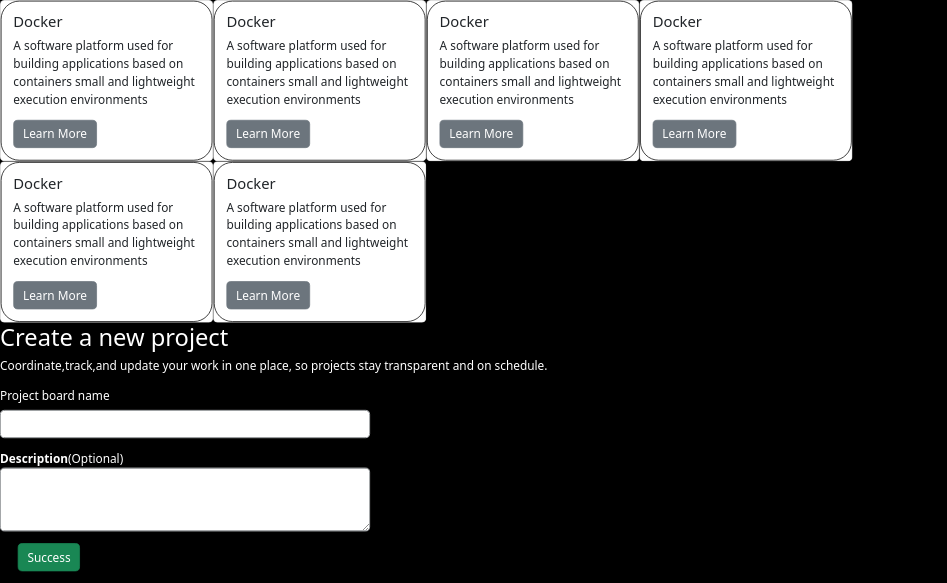
Repository: NSS-Evening-25-Cohort/e25-gitsub-control-alt-defeat
Page: index.html
An editor plug-in stored every save of this project. The page is shown before and after the next save, followed by the edit.
The browser window is 1280 px wide. The pictures show the whole page, at 74% of full size.

Above is the page before, as saved 2023-11-07 19:12:07.

After the next save:
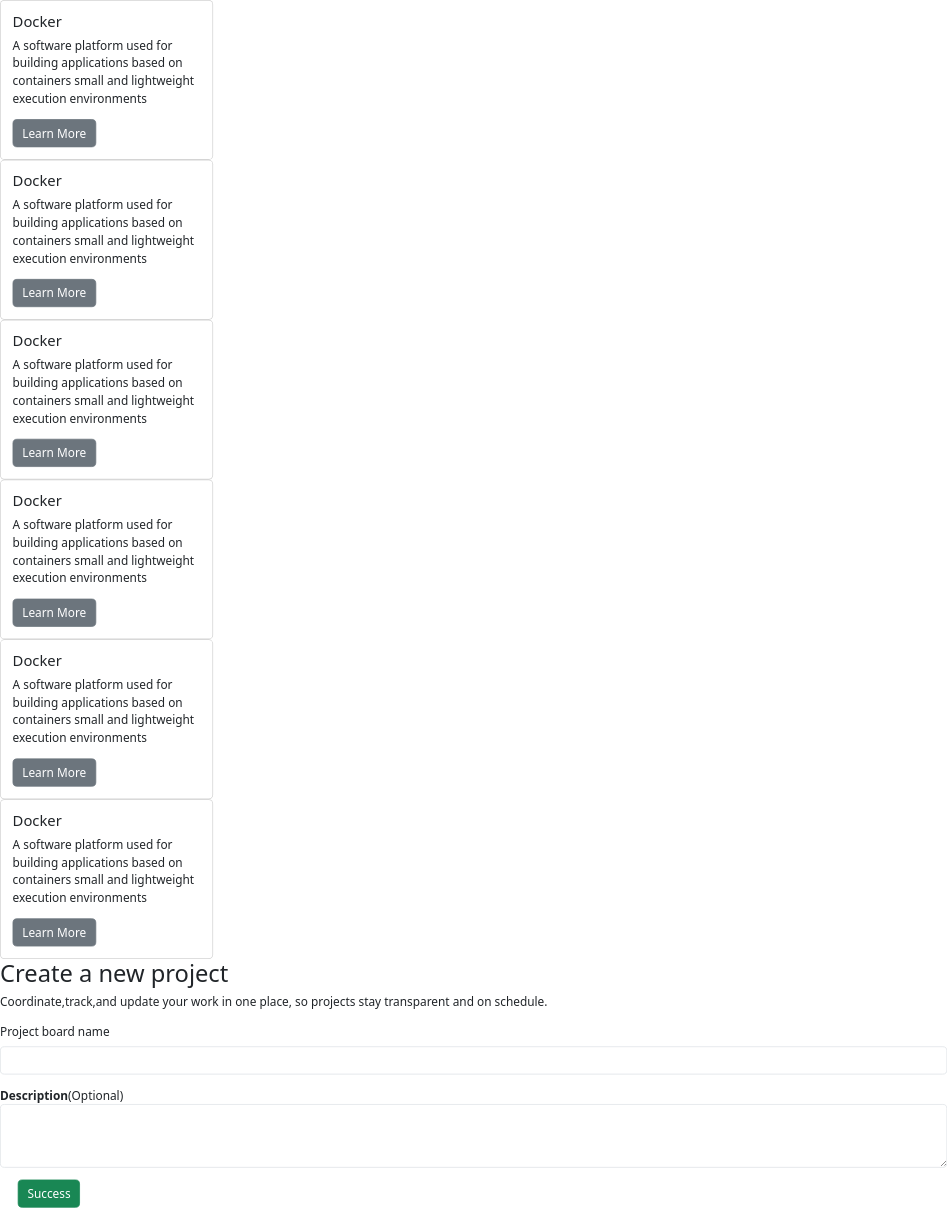
Saved 19 s later.
--- a/main.css
+++ b/main.css
@@ -1,23 +1,63 @@
-body {
+/* body {
   background-color: black;
+  display: flex;
+  flex-direction: column;
 }
 
-#app1{
-  flex-wrap: wrap;
+.headerPlacement {
   display: flex;
+  justify-content: end;
 }
 
-.mb-3{
-  width:500px;
-  color: white;
+header {
+  margin: 3%;
+  height: 3rem;
+  width: 65%;
+  justify-content: left;
+  display: flex;
+  gap: 5%;
+  background-color: blue;
 }
 
-.packageHeader{
-  color:white;
+#sidebar {
+  background-color: blueviolet;
+  float: left;
+  margin-right: 8%;
+  width: 175px;
 }
 
-.card-body{
-  border: solid black 1px;
-  border-radius: 25px;
-  margin-top: auto;
+.appContainer {
+  display: flex;
+  justify-content: center;
+  margin: 3%;
 }
+
+#app1 {
+  background-color: aqua;
+  height: 250px;
+  width: 400px;
+}
+
+#app2 {
+  margin-top: 5%;
+  background-color: blue;
+  height: 250px;
+}
+
+.footer {
+  background-color: aquamarine;
+  display: flex;
+  justify-content: center;
+  gap: 10%;
+}   */
+
+.footer img {
+  width: 10px;
+  height: 10px;
+  border-radius: 10px;
+  margin-right: 10px;
+}
+#app2 {
+  display: flex
+  flex;
+}
